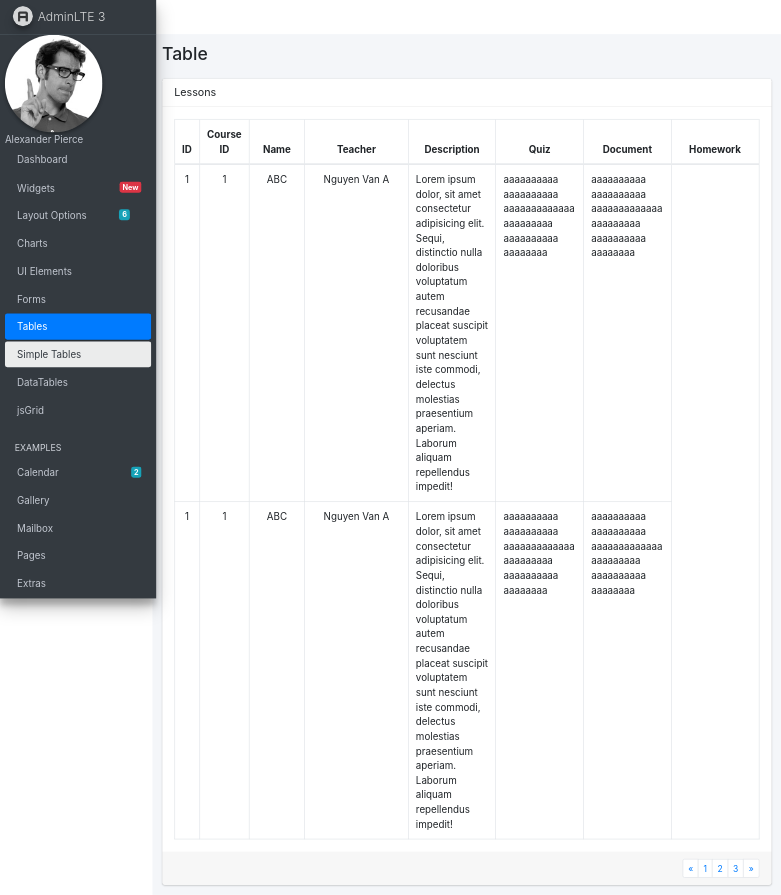
Repository: huyennvo/table
Page: http://localhost/table/lessons
These files come from the project's save history. The page is drawn as it stood at one moment and after the next save; the edit follows.
The browser window is 1280 px wide. The pictures show the whole page, at 61% of full size.
Some web fonts or font styles are not loaded; a fallback is used. The page is served by the project's Laravel application, run on PHP 8.4 with Laravel 8.

Above is the page before, as saved 2022-08-11 20:10:03.

After the next save:
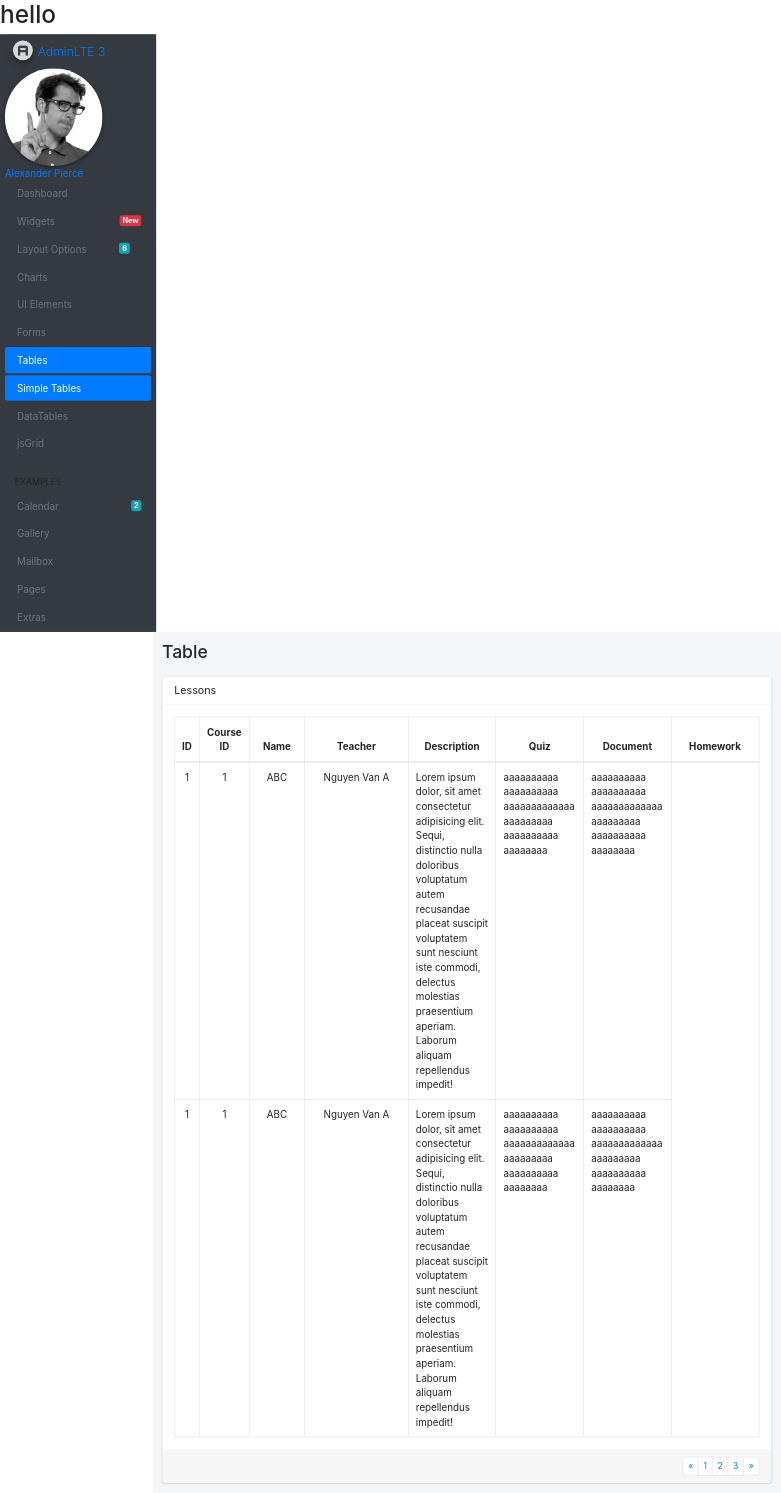
Saved 50 s later.
--- a/resources/views/layouts/menu.blade.php
+++ b/resources/views/layouts/menu.blade.php
@@ -1,6 +1,6 @@
 @extends('layouts.index')
 @section('menu')
-<div class="main-sidebar sidebar-dark-primary elevation-4" style="overflow-y: scroll;"  id="menu">
+<div class="os-viewport os-viewport-native-scrollbars-invisible" id="menu">
 
   <a href="../../index3.html" class="brand-link">
         <img src="../../dist/img/AdminLTELogo.png"

After the save that followed:
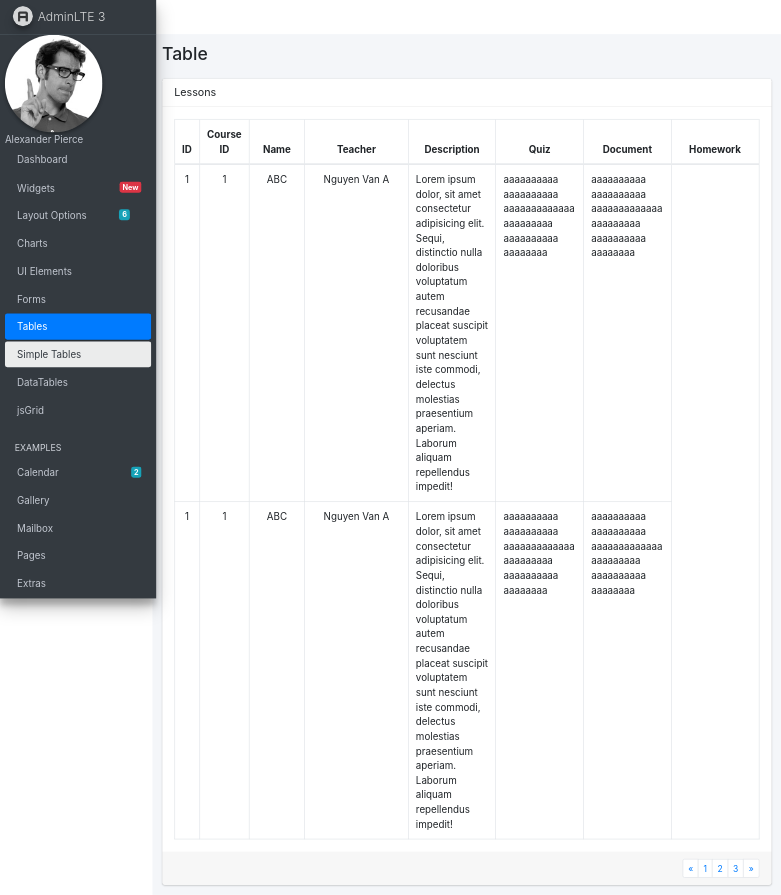
Saved 17 s later.
--- a/resources/views/layouts/menu.blade.php
+++ b/resources/views/layouts/menu.blade.php
@@ -1,6 +1,6 @@
 @extends('layouts.index')
 @section('menu')
-<div class="os-viewport os-viewport-native-scrollbars-invisible" id="menu">
+<div class= "main-sidebar sidebar-dark-primary elevation-4"  id="menu">
 
   <a href="../../index3.html" class="brand-link">
         <img src="../../dist/img/AdminLTELogo.png"
